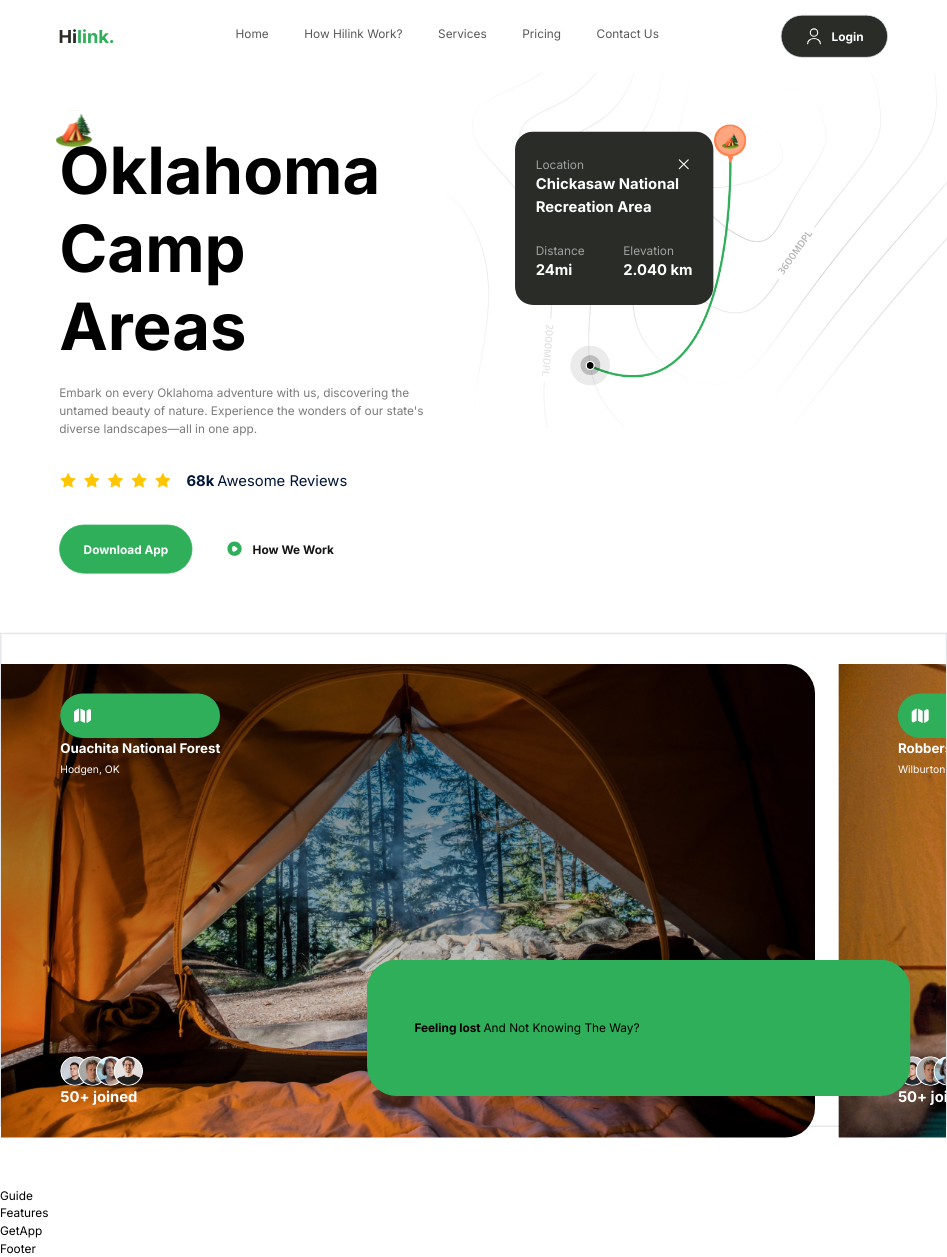
Repository: MikeeBuilds/camp
Page: /
An editor plug-in stored every save of this project. The page is shown before and after a run of saves, followed by the edit.
The browser window is 1280 px wide. The pictures show the whole page, at 74% of full size.
The project was rebuilt for these pictures with package versions that can differ from the ones it lists, and the page was loaded fresh each time. The framework's server and built-in components were replaced by stand-ins that run in the browser. Also part of the build but not shown: next.config.js.

Above is the page before, as saved 2023-11-24 22:22:49.

After the next 2 saves:
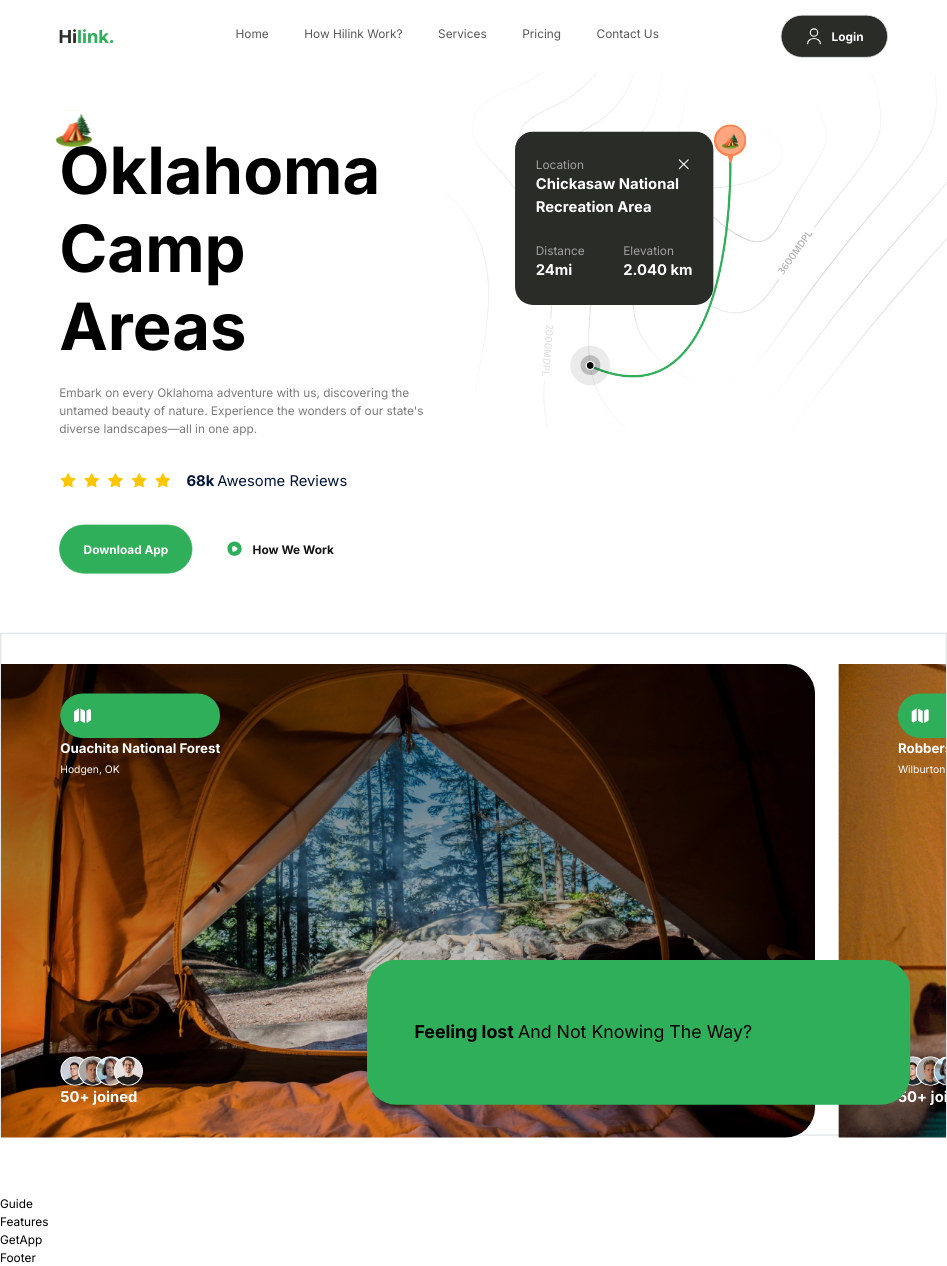
The 2 saves are shown as one change because they came seconds apart.
The last was saved 8 s later.
--- a/components/Camp.tsx
+++ b/components/Camp.tsx
@@ -74,7 +74,7 @@ const Camp = () => {
 
       <div className="flexEnd mt-10 px-6 lg:-mt-60 lg:mr-6">
         <div className="bg-green-50 p-8 lg:max-w-[500px] xl:max-w-[734px] xl:rounded-5xl xl:px-16 xl:py-20 relative w-full overflow-hidden rounded-3xl">
-          <h2 className="">
+          <h2 className="regular-24">
             <strong>Feeling lost </strong>
             And Not Knowing The Way?
           </h2>
